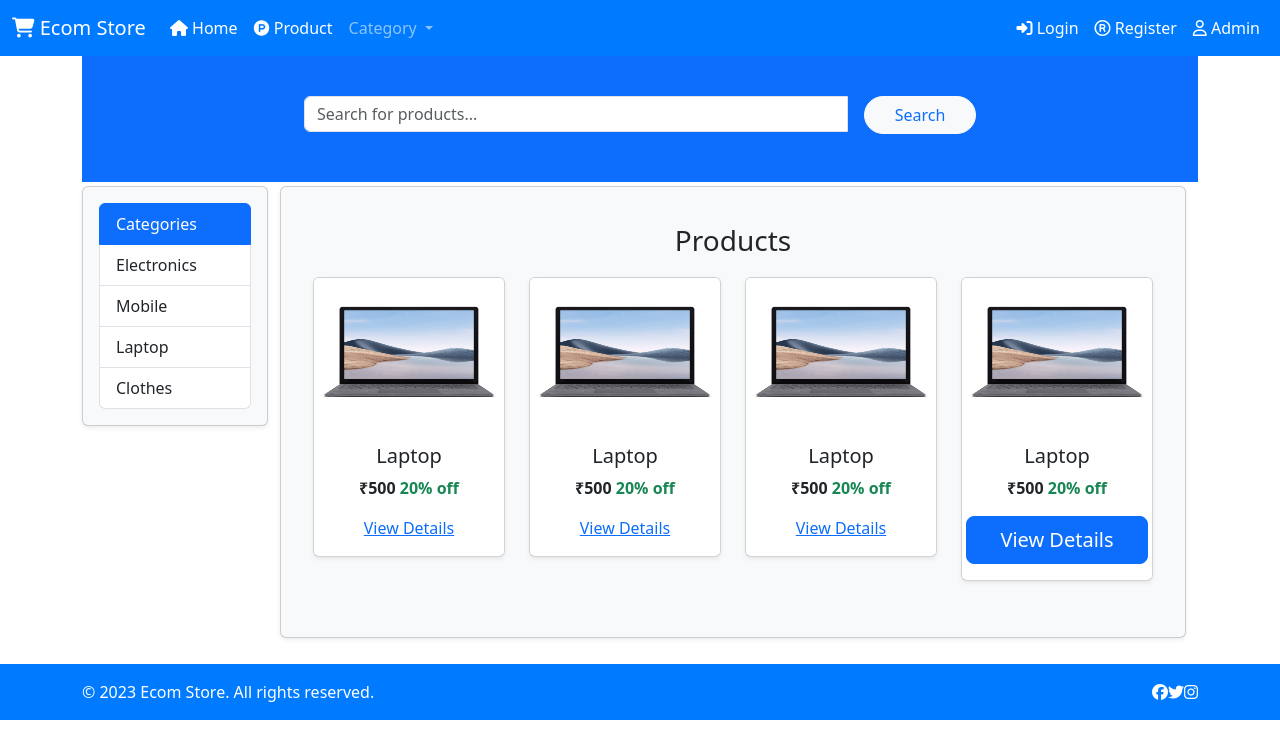
Repository: Deva-bot/EcomProject
Page: http://localhost/product
An editor plug-in stored every save of this project. The page is shown before and after the next save, followed by the edit.
The browser window is 1280 px wide. The pictures show the whole page.
The page is this project's Thymeleaf template; nobody is signed in. The template is opened directly, without the code that normally fills it, so the values that code supplies are empty.

Above is the page before, as saved 2024-07-13 03:11:02.

### Shopping_Cart/src/main/resources/templates/product.html
<!DOCTYPE html>
<html lang="en" xmlns:th="http://www.thymeleaf.org" th:replace="base::layout(~{::section})">

<head>
	<meta charset="utf-8">
	<title>Product Details</title>
</head>

<body>
	<section th:fragment="content">
		<div class="container-fluid bg-primary p-5 mt-4">
			<div class="row">
				<div class="col-md-8 offset-md-2">
					<form>
						<div class="input-group">
							<input type="text" class="form-control h-50" name="search"
								placeholder="Search for products..."> <button
								class="btn btn-light text-primary ms-3 col-md-2 h-50 rounded-pill">Search</button>
						</div>
					</form>
				</div>
			</div>
		</div>
		<div class="container-fluid mt-1">
			<div class="row">
				<div class="col-md-2 p-0">
					<div class="card shadow-sm p-0 mb-5 bg-body-tertiary rounded">
						<div class="card-body">
							<div class="list-group">
								<a href="#" class="list-group-item list-group-item-action active"
									aria-current="true">Categories</a> <a href="#"
									class="list-group-item list-group-item-action">Electronics</a> <a href="#"
									class="list-group-item list-group-item-action">Mobile</a> <a href="#"
									class="list-group-item list-group-item-action">Laptop</a> <a href="#"
									class="list-group-item list-group-item-action">Clothes</a>
							</div>
						</div>
					</div>
				</div>
				<div class="col-md-10">
					<div class="card shadow-sm p-3 mb-5 bg-body-tertiary rounded">
						<div class="card-body">
							<p class="fs-3 text-center">Products</p>
							<div class="row">
								<div class="col-md-3 mb-4">
									<div class="card shadow-sm">
										<img src="img/product_img/laptop.jpg" class="card-img-top" alt="Laptop"
											height="150px">
										<div class="card-body">
											<h5 class="card-title text-center">Laptop</h5>
											<div class="row text-center">
												<p class="fs-6 fw-bold">₹500 <span class="fs-6 text-success">20%
														off</span></p><a href="/viewproduct"
													>View Details</a>
											</div>
										</div>
									</div>
								</div>
								<div class="col-md-3 mb-4">
									<div class="card shadow-sm">
										<img src="img/product_img/laptop.jpg" class="card-img-top" alt="Laptop"
											height="150px">
										<div class="card-body">
											<h5 class="card-title text-center">Laptop</h5>
											<div class="row text-center">
												<p class="fs-6 fw-bold">₹500 <span class="fs-6 text-success">20%
														off</span></p><a href="/viewproduct"
													>View Details</a>
											</div>
										</div>
									</div>
								</div>
								<div class="col-md-3 mb-4">
									<div class="card shadow-sm">
										<img src="img/product_img/laptop.jpg" class="card-img-top" alt="Laptop"
											height="150px">
										<div class="card-body">
											<h5 class="card-title text-center">Laptop</h5>
											<div class="row text-center">
												<p class="fs-6 fw-bold">₹500 <span class="fs-6 text-success">20%
														off</span></p><a href="/viewproduct"
													>View Details</a>
											</div>
										</div>
									</div>
								</div>
								<div class="col-md-3 mb-4">
									<div class="card shadow-sm">
										<img src="img/product_img/laptop.jpg" class="card-img-top" alt="Laptop"
											height="150px">
										<div class="card-body">
											<h5 class="card-title text-center">Laptop</h5>
											<div class="row text-center">
												<p class="fs-6 fw-bold">₹500 <span class="fs-6 text-success">20%
														off</span></p>
												<a href="/viewproduct" class="btn btn-primary btn-lg">View Details</a>
											</div>
										</div>
									</div>
								</div>
							</div>
						</div>
					</div>
				</div>
			</div>
		</div>
	</section>
</body>

</html>

### Shopping_Cart/src/main/resources/templates/base.html
<!DOCTYPE html>
<html lang="en" xmlns:th="http://www.thymeleaf.org" th:fragment="layout(content)">

<head>
	<meta charset="ISO-8859-1">
	<title>Ecom Store</title>
	<!-- Bootstrap link-->
	<link href="https://cdn.jsdelivr.net/npm/bootstrap@5.3.3/dist/css/bootstrap.min.css" rel="stylesheet"
		integrity="sha384-QWTKZyjpPEjISv5WaRU9OFeRpok6YctnYmDr5pNlyT2bRjXh0JMhjY6hW+ALEwIH" crossorigin="anonymous">

	<!-- Font Awesome link-->
	<link rel="stylesheet" href="https://cdnjs.cloudflare.com/ajax/libs/font-awesome/6.5.2/css/all.min.css"
		integrity="sha512-SnH5WK+bZxgPHs44uWIX+LLJAJ9/2PkPKZ5QiAj6Ta86w+fsb2TkcmfRyVX3pBnMFcV7oQPJkl9QevSCWr3W6A=="
		crossorigin="anonymous" referrerpolicy="no-referrer" />

	<style>
		.bg-ecom {
			background-color: #007bff !important;
		}
	</style>
</head>

<body>
	<!-- Navbar start-->
	<nav class="navbar navbar-expand-lg bg-ecom fixed-top navbar-dark">
		<div class="container-fluid">
			<a class="navbar-brand" href="/"><i class="fa-solid fa-cart-shopping"></i> Ecom Store</a>
			<button class="navbar-toggler" type="button" data-bs-toggle="collapse"
				data-bs-target="#navbarSupportedContent" aria-controls="navbarSupportedContent" aria-expanded="false"
				aria-label="Toggle navigation">
				<span class="navbar-toggler-icon"></span>
			</button>
			<div class="collapse navbar-collapse" id="navbarSupportedContent">
				<ul class="navbar-nav me-auto mb-2 mb-lg-0">
					<li class="nav-item">
						<a class="nav-link active" aria-current="page" href="/"><i class="fa-solid fa-house"></i>
							Home</a>
					</li>
					<li class="nav-item">
						<a class="nav-link active" aria-current="page" href="/products"><i
								class="fa-brands fa-product-hunt"></i> Product</a>
					</li>
					<li class="nav-item dropdown">
						<a class="nav-link dropdown-toggle" href="#" role="button" data-bs-toggle="dropdown"
							aria-expanded="false">
							Category
						</a>
					</li>
				</ul>
				<ul class="navbar-nav ms-auto mb-2 mb-lg-0">
					<li class="nav-item">
						<a class="nav-link active" aria-current="page" href="/login"><i
								class="fa-solid fa-right-to-bracket"></i> Login</a>
					</li>
					<li class="nav-item">
						<a class="nav-link active" aria-current="page" href="/register"><i
								class="fa-regular fa-registered"></i>
							Register</a>
					</li>
					<li class="nav-item">
						<a class="nav-link active" aria-current="page" href="#"><i class="fa-regular fa-user"></i>
							Admin</a>
					</li>
				</ul>
			</div>
		</div>
	</nav>
	<!-- Navbar end-->

	<div class="container mt-5 mb-5">
		<div th:replace="~{::content}"></div>
	</div>

	<!--Start Footer-->
	<footer class="container-fluid bg-ecom text-white py-3 fixed-bottom">
		<div class="container d-flex justify-content-between align-items-center">
			<p class="mb-0">&copy; 2023 Ecom Store. All rights reserved.</p>
			<ul class="list-unstyled d-flex mb-0">
				<li><a href="#" class="text-white mr-3"><i class="fab fa-facebook"></i></a></li>
				<li><a href="#" class="text-white mr-3"><i class="fab fa-twitter"></i></a></li>
				<li><a href="#" class="text-white mr-3"><i class="fab fa-instagram"></i></a></li>
			</ul>
		</div>
	</footer>
	<!--End Footer-->

	<script src="https://cdn.jsdelivr.net/npm/bootstrap@5.3.3/dist/js/bootstrap.bundle.min.js"
		integrity="sha384-YvpcrYf0tY3lHB60NNkmXc5s9fDVZLESaAA55NDzOxhy9GkcIdslK1eN7N6jIeHz" crossorigin="anonymous">
		</script>
</body>

</html>

After the next save:
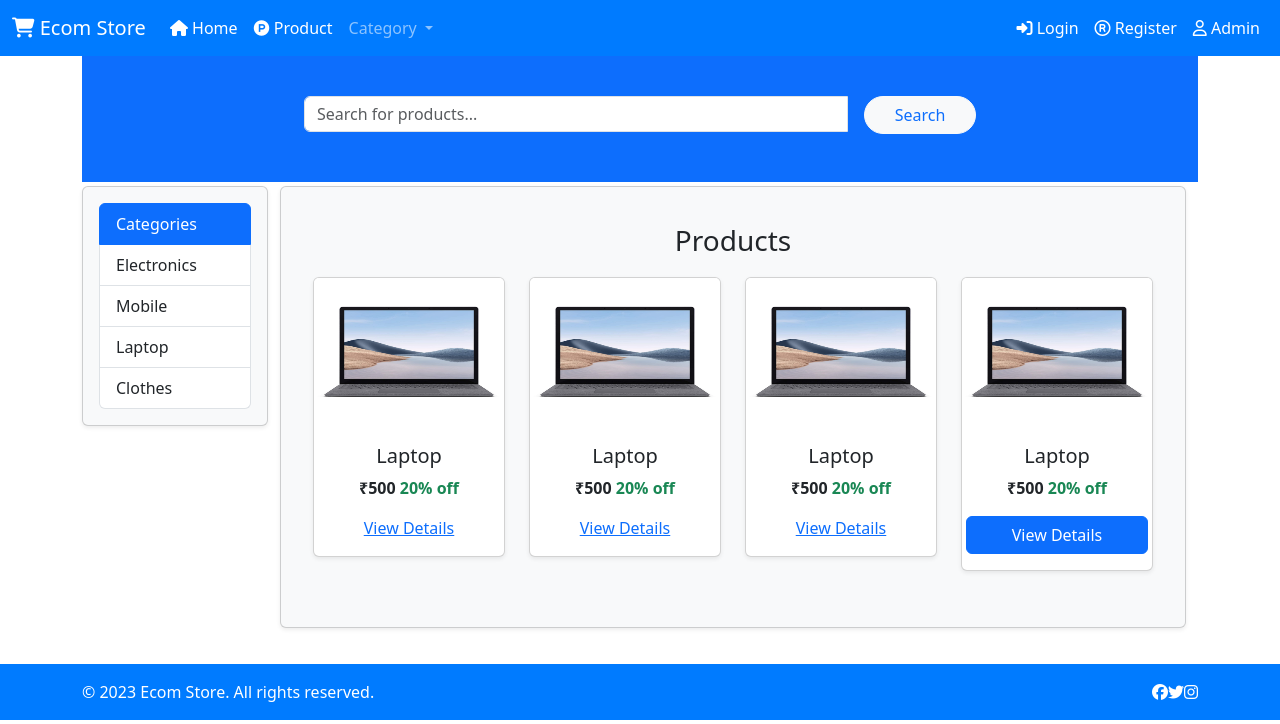
Saved 27 s later.
--- a/Shopping_Cart/src/main/resources/templates/product.html
+++ b/Shopping_Cart/src/main/resources/templates/product.html
@@ -93,7 +93,7 @@
 											<div class="row text-center">
 												<p class="fs-6 fw-bold">₹500 <span class="fs-6 text-success">20%
 														off</span></p>
-												<a href="/viewproduct" class="btn btn-primary btn-lg">View Details</a>
+												<a href="/viewproduct" class="btn btn-primary btn-ls">View Details</a>
 											</div>
 										</div>
 									</div>

After the save that followed:
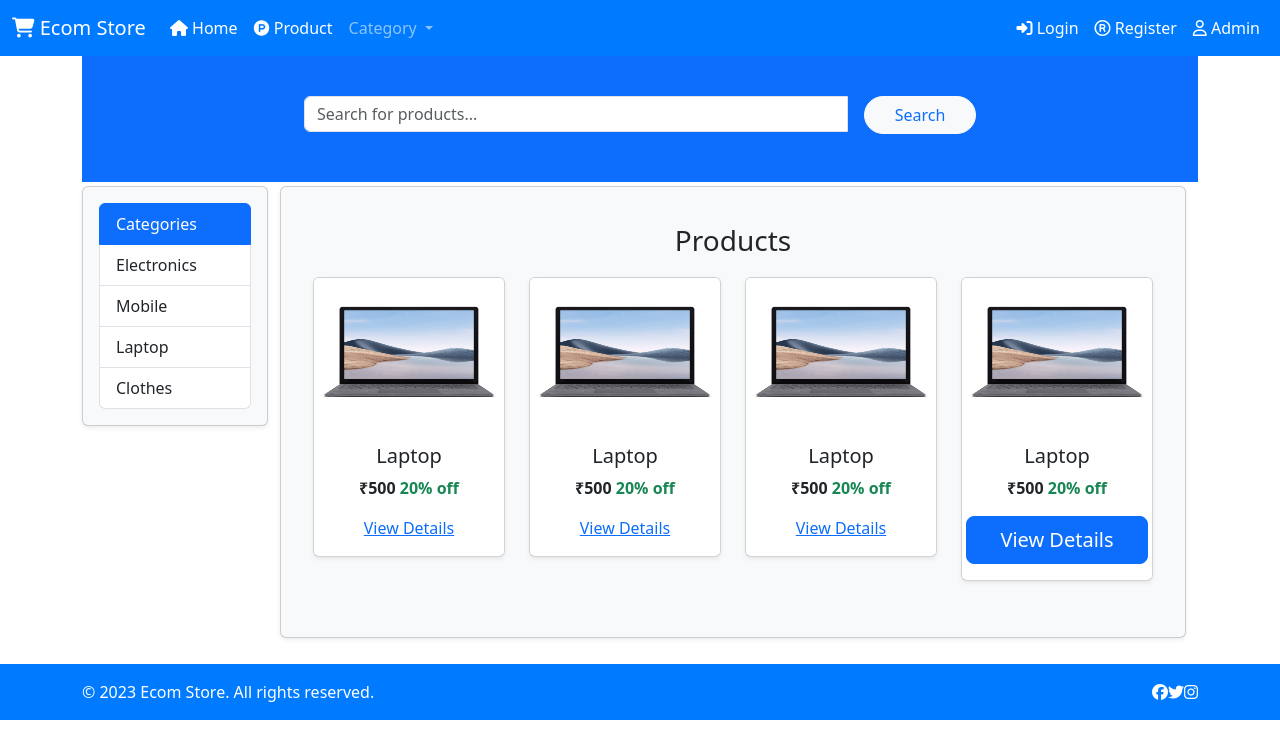
Saved 9 s later.
--- a/Shopping_Cart/src/main/resources/templates/product.html
+++ b/Shopping_Cart/src/main/resources/templates/product.html
@@ -93,7 +93,7 @@
 											<div class="row text-center">
 												<p class="fs-6 fw-bold">₹500 <span class="fs-6 text-success">20%
 														off</span></p>
-												<a href="/viewproduct" class="btn btn-primary btn-ls">View Details</a>
+												<a href="/viewproduct" class="btn btn-primary btn-lg">View Details</a>
 											</div>
 										</div>
 									</div>
